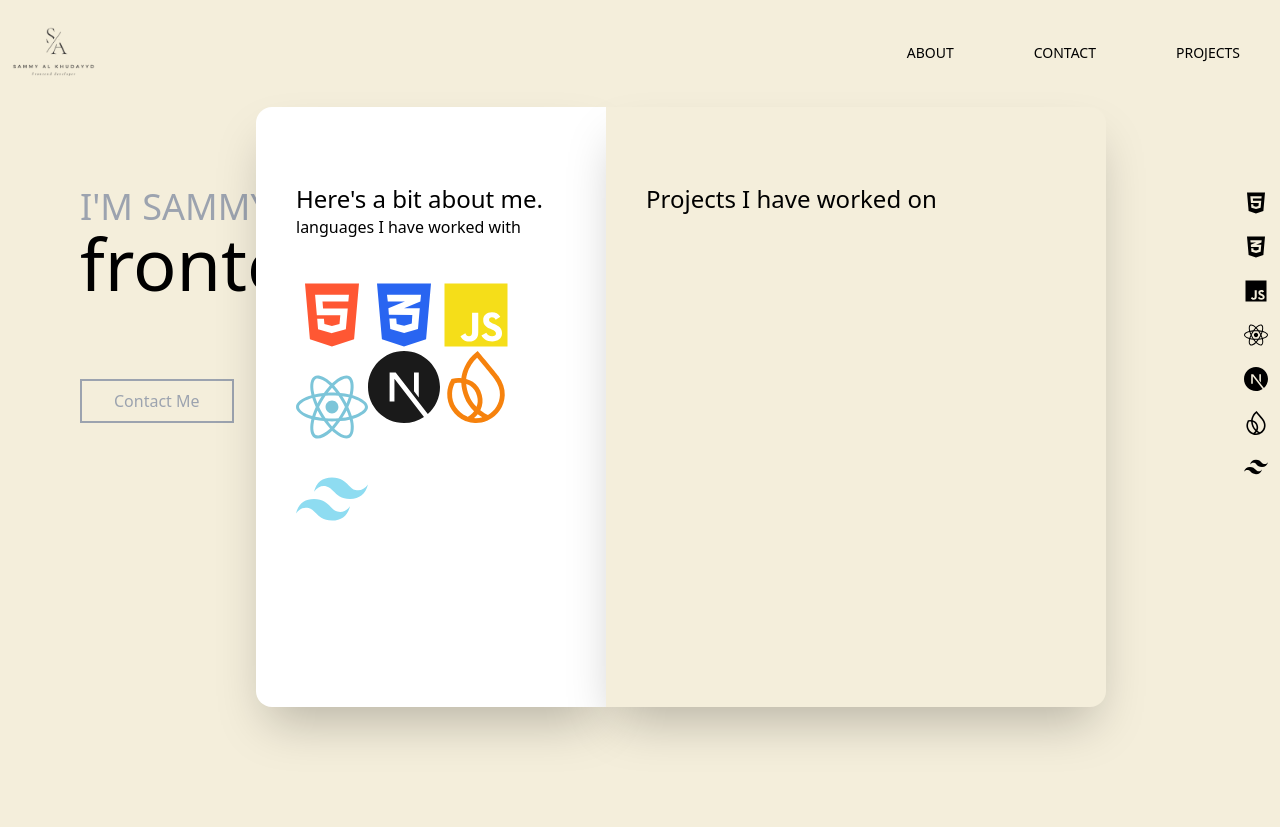
Repository: Al123Kudayyd/myportfolio
Page: /
These files come from the project's save history. The page is drawn as it stood at one moment and after the next save; the edit follows.
The browser window is 1280 px wide. The pictures show the whole page.
The project was rebuilt for these pictures with package versions that can differ from the ones it lists, and the page was loaded fresh each time. Also part of the build but not shown: src/components/model.js.

Above is the page before, as saved 2024-02-21 14:12:23.

After the next save:
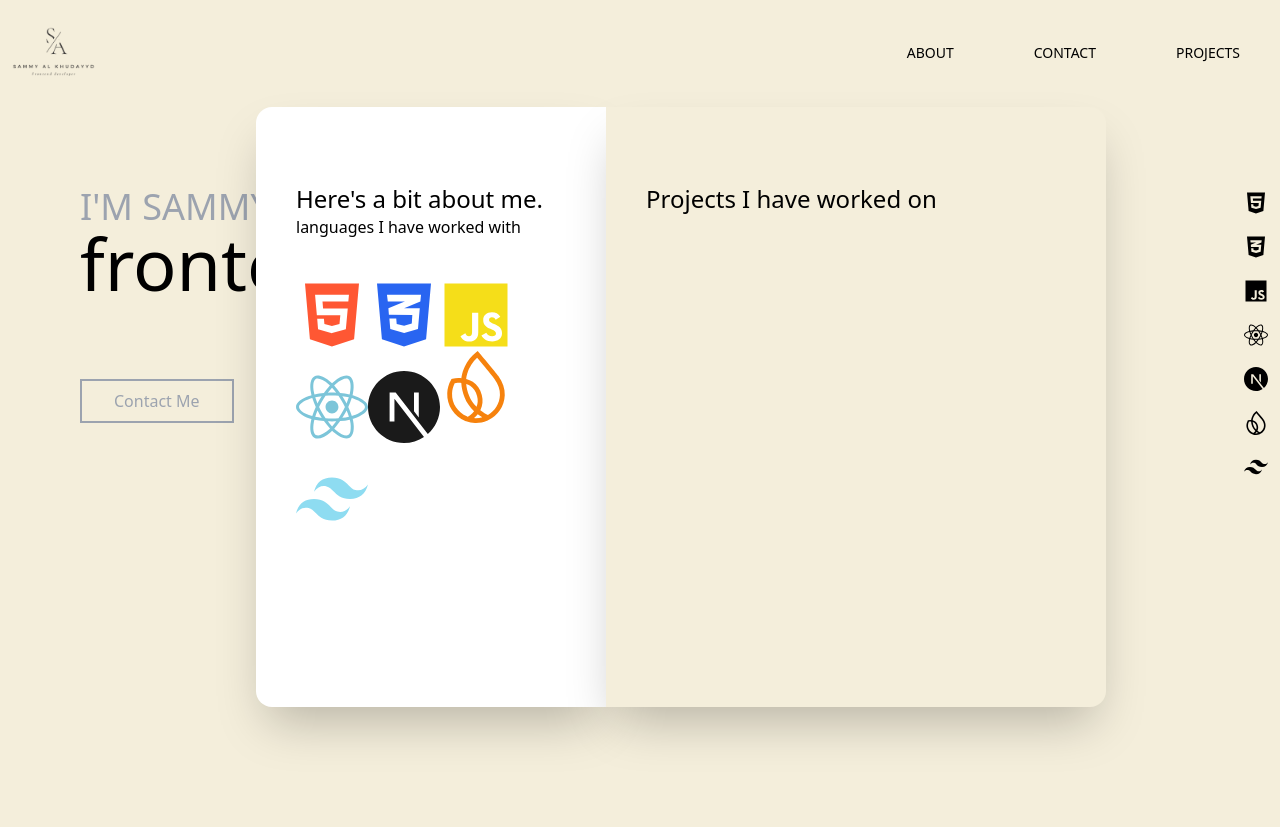
Saved 8 s later.
--- a/src/components/Projects.jsx
+++ b/src/components/Projects.jsx
@@ -19,7 +19,7 @@ function Projects() {
                         <FaCss3Alt className='text-[#2965F1]' />
                         <IoLogoJavascript className='text-[#F5DE19]' />
                         <FaReact className='text-[#7CC5D9] my-5' />
-                        <SiNextdotjs className='text-[#1a1a1a]' />
+                        <SiNextdotjs className='text-[#1a1a1a] my-5' />
                         <SiFirebase className='text-[#F6820D]' />
                         <SiTailwindcss className='text-[#8edcf1]' />
                     </div>
